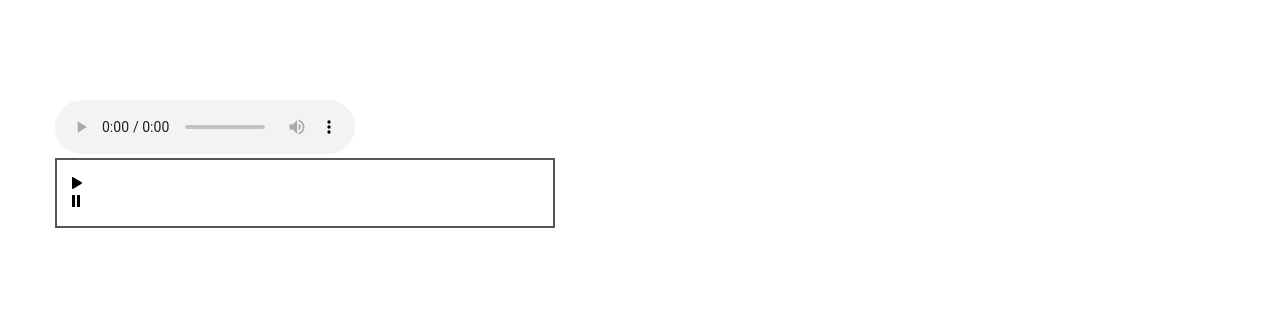
Repository: khanhbinh87/learnJs
Page: customSelect/customAudio/index.html
An editor plug-in stored every save of this project. The page is shown before and after a run of saves, followed by the edit.
The browser window is 1280 px wide. The pictures show the whole page.

Above is the page before, as saved 2021-06-18 10:57:47.

After the next 7 saves:
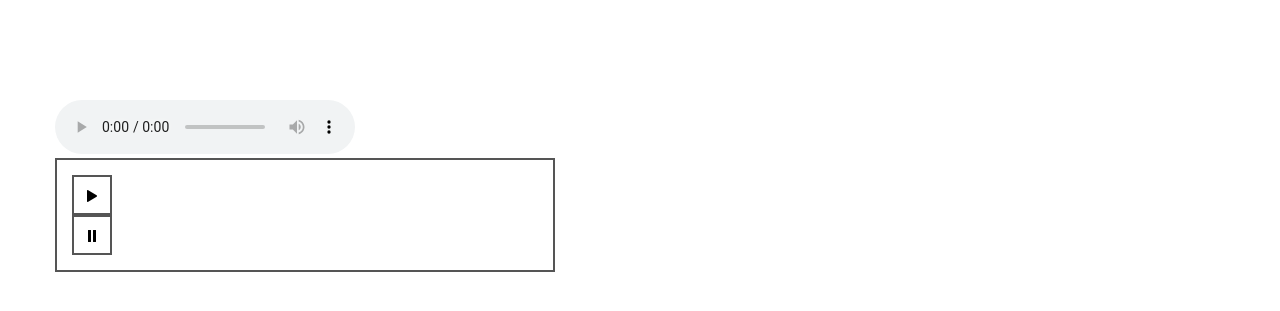
The 7 saves are shown as one change because they came seconds apart.
The last was saved 13 s later.
--- a/customSelect/customAudio/style.css
+++ b/customSelect/customAudio/style.css
@@ -10,9 +10,10 @@
     border: 2px solid #555;
 }
 .custom-audio .play , .custom-audio .pause{
-    width: 40px
-    height: 40px
-    text-align: center
-    line-height: 40px
+    width: 40px;
+    height: 40px;
+    text-align: center;
+    line-height: 40px;
     border: 2px solid #555;
+    bd
 }
